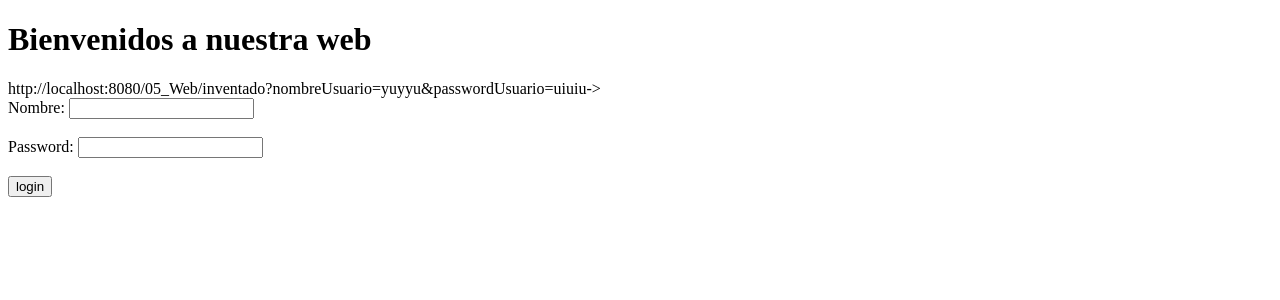
Repository: fjbalbuena71/java_nociones
Page: 05_Web/WebContent/Inicio.html
These files come from the project's save history. The page is drawn as it stood at one moment and after the next save; the edit follows.
The browser window is 1280 px wide. The pictures show the whole page.

Above is the page before, as saved 2019-04-25 07:33:47.

After the next save:
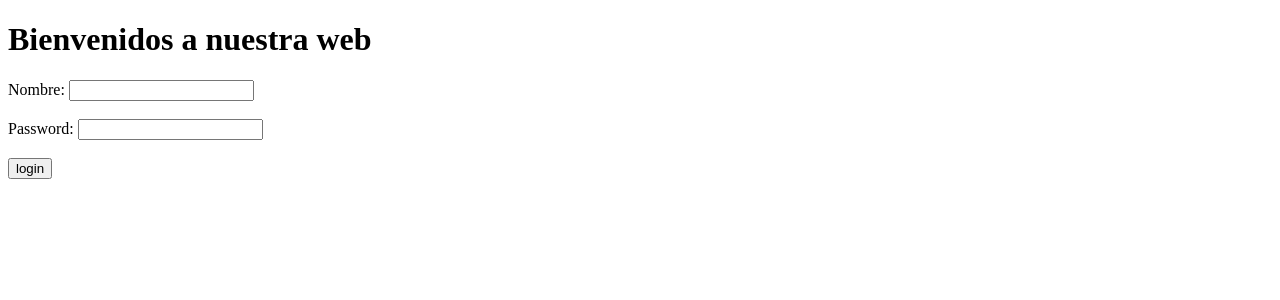
Saved 26 s later.
--- a/05_Web/WebContent/Inicio.html
+++ b/05_Web/WebContent/Inicio.html
@@ -7,8 +7,8 @@
 <body>
 	<h1>Bienvenidos a nuestra web</h1>
 	<!--  esto es un comentario.-->
-	<!--Esto es lo que se envia al servidor cuando escribes en el form los campos ->
-	<!-- GET los parametros van dentro de url -->http://localhost:8080/05_Web/inventado?nombreUsuario=yuyyu&passwordUsuario=uiuiu->
+	<!--Esto es lo que se envia al servidor cuando escribes en el form los campos -->
+	<!-- GET los parametros van dentro de url http://localhost:8080/05_Web/inventado?nombreUsuario=yuyyu&passwordUsuario=uiuiu -->
 
 	<form action="inventado" metohd="post">
 		Nombre: <input type="text" name="nombreUsuario"></input>
